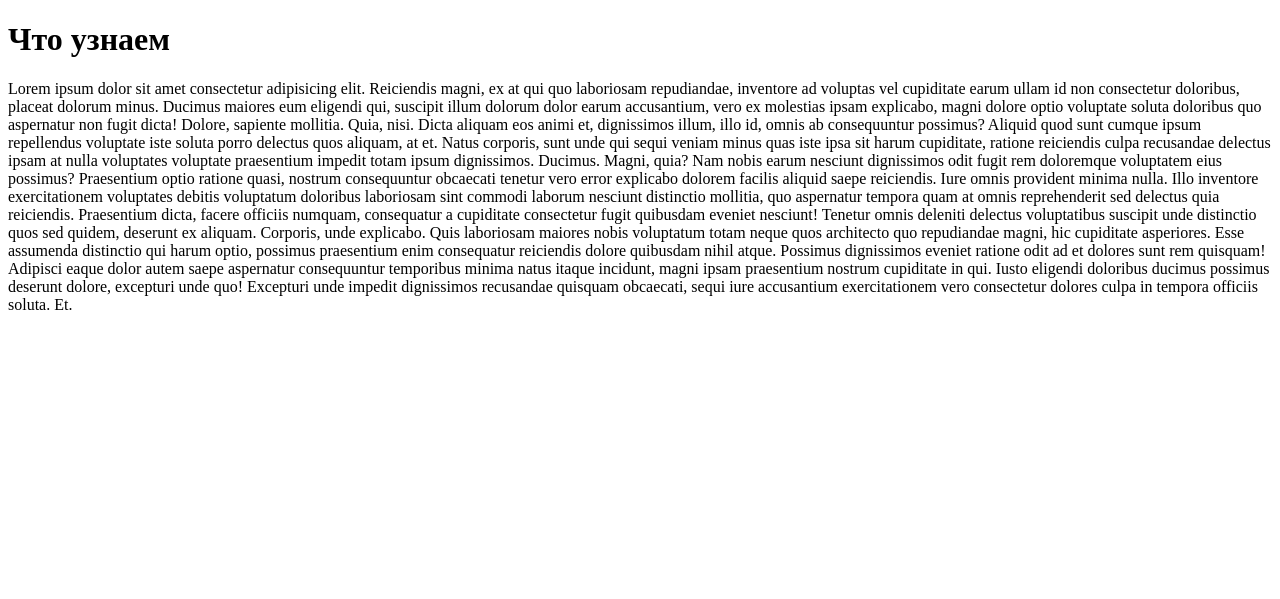
Repository: AytacSafarova/Figma--task
Page: index.html
An editor plug-in stored every save of this project. The page is shown before and after the next save, followed by the edit.
The browser window is 1280 px wide. The pictures show the whole page.

Above is the page before, as saved 2023-08-02 13:36:01.
Console error: ReferenceError: camelcase is not defined

### index.html
<!DOCTYPE html>
<html lang="en">

<head>
    <meta charset="UTF-8">
    <meta name="viewport" content="width=device-width, initial-scale=1.0">
    <title>Document</title>
    <link rel="stylesheet" href="./index.css">
</head>
<body>
<div class="container">
<h1>Что узнаем</h1>
<p>Lorem ipsum dolor sit amet consectetur adipisicing elit. Reiciendis magni, ex at qui quo laboriosam repudiandae, inventore ad voluptas vel cupiditate earum ullam id non consectetur doloribus, placeat dolorum minus.
Ducimus maiores eum eligendi qui, suscipit illum dolorum dolor earum accusantium, vero ex molestias ipsam explicabo, magni dolore optio voluptate soluta doloribus quo aspernatur non fugit dicta! Dolore, sapiente mollitia.
Quia, nisi. Dicta aliquam eos animi et, dignissimos illum, illo id, omnis ab consequuntur possimus? Aliquid quod sunt cumque ipsum repellendus voluptate iste soluta porro delectus quos aliquam, at et.
Natus corporis, sunt unde qui sequi veniam minus quas iste ipsa sit harum cupiditate, ratione reiciendis culpa recusandae delectus ipsam at nulla voluptates voluptate praesentium impedit totam ipsum dignissimos. Ducimus.
Magni, quia? Nam nobis earum nesciunt dignissimos odit fugit rem doloremque voluptatem eius possimus? Praesentium optio ratione quasi, nostrum consequuntur obcaecati tenetur vero error explicabo dolorem facilis aliquid saepe reiciendis.
Iure omnis provident minima nulla. Illo inventore exercitationem voluptates debitis voluptatum doloribus laboriosam sint commodi laborum nesciunt distinctio mollitia, quo aspernatur tempora quam at omnis reprehenderit sed delectus quia reiciendis.
Praesentium dicta, facere officiis numquam, consequatur a cupiditate consectetur fugit quibusdam eveniet nesciunt! Tenetur omnis deleniti delectus voluptatibus suscipit unde distinctio quos sed quidem, deserunt ex aliquam. Corporis, unde explicabo.
Quis laboriosam maiores nobis voluptatum totam neque quos architecto quo repudiandae magni, hic cupiditate asperiores. Esse assumenda distinctio qui harum optio, possimus praesentium enim consequatur reiciendis dolore quibusdam nihil atque.
Possimus dignissimos eveniet ratione odit ad et dolores sunt rem quisquam! Adipisci eaque dolor autem saepe aspernatur consequuntur temporibus minima natus itaque incidunt, magni ipsam praesentium nostrum cupiditate in qui.
Iusto eligendi doloribus ducimus possimus deserunt dolore, excepturi unde quo! Excepturi unde impedit dignissimos recusandae quisquam obcaecati, sequi iure accusantium exercitationem vero consectetur dolores culpa in tempora officiis soluta. Et.</p>
</div>
</body>
<script src="index.js"></script>
</html>

### index.css
/* *{
    margin: 0;
    padding: 0;
    box-sizing: border-box;
} */

### index.js
let a=4
a=a+2
a+=2
let userName
camelcase
// kebab case

After the next save:
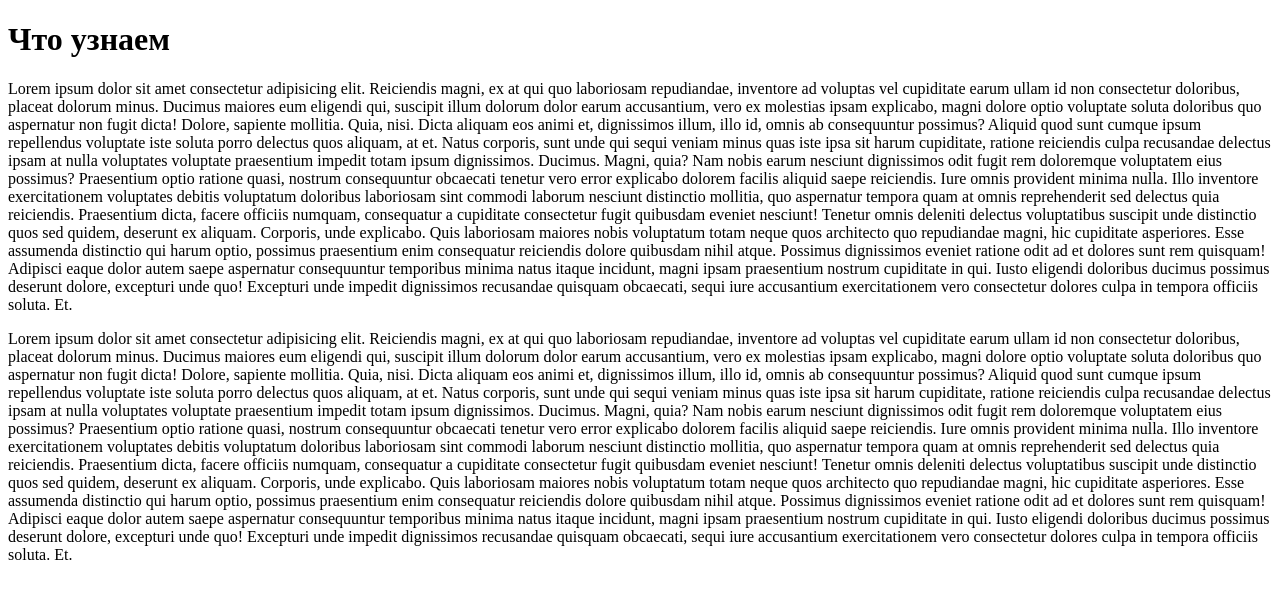
Saved 13 s later.
--- a/index.html
+++ b/index.html
@@ -20,6 +20,16 @@ Praesentium dicta, facere officiis numquam, consequatur a cupiditate consectetur
 Quis laboriosam maiores nobis voluptatum totam neque quos architecto quo repudiandae magni, hic cupiditate asperiores. Esse assumenda distinctio qui harum optio, possimus praesentium enim consequatur reiciendis dolore quibusdam nihil atque.
 Possimus dignissimos eveniet ratione odit ad et dolores sunt rem quisquam! Adipisci eaque dolor autem saepe aspernatur consequuntur temporibus minima natus itaque incidunt, magni ipsam praesentium nostrum cupiditate in qui.
 Iusto eligendi doloribus ducimus possimus deserunt dolore, excepturi unde quo! Excepturi unde impedit dignissimos recusandae quisquam obcaecati, sequi iure accusantium exercitationem vero consectetur dolores culpa in tempora officiis soluta. Et.</p>
+<p>Lorem ipsum dolor sit amet consectetur adipisicing elit. Reiciendis magni, ex at qui quo laboriosam repudiandae, inventore ad voluptas vel cupiditate earum ullam id non consectetur doloribus, placeat dolorum minus.
+    Ducimus maiores eum eligendi qui, suscipit illum dolorum dolor earum accusantium, vero ex molestias ipsam explicabo, magni dolore optio voluptate soluta doloribus quo aspernatur non fugit dicta! Dolore, sapiente mollitia.
+    Quia, nisi. Dicta aliquam eos animi et, dignissimos illum, illo id, omnis ab consequuntur possimus? Aliquid quod sunt cumque ipsum repellendus voluptate iste soluta porro delectus quos aliquam, at et.
+    Natus corporis, sunt unde qui sequi veniam minus quas iste ipsa sit harum cupiditate, ratione reiciendis culpa recusandae delectus ipsam at nulla voluptates voluptate praesentium impedit totam ipsum dignissimos. Ducimus.
+    Magni, quia? Nam nobis earum nesciunt dignissimos odit fugit rem doloremque voluptatem eius possimus? Praesentium optio ratione quasi, nostrum consequuntur obcaecati tenetur vero error explicabo dolorem facilis aliquid saepe reiciendis.
+    Iure omnis provident minima nulla. Illo inventore exercitationem voluptates debitis voluptatum doloribus laboriosam sint commodi laborum nesciunt distinctio mollitia, quo aspernatur tempora quam at omnis reprehenderit sed delectus quia reiciendis.
+    Praesentium dicta, facere officiis numquam, consequatur a cupiditate consectetur fugit quibusdam eveniet nesciunt! Tenetur omnis deleniti delectus voluptatibus suscipit unde distinctio quos sed quidem, deserunt ex aliquam. Corporis, unde explicabo.
+    Quis laboriosam maiores nobis voluptatum totam neque quos architecto quo repudiandae magni, hic cupiditate asperiores. Esse assumenda distinctio qui harum optio, possimus praesentium enim consequatur reiciendis dolore quibusdam nihil atque.
+    Possimus dignissimos eveniet ratione odit ad et dolores sunt rem quisquam! Adipisci eaque dolor autem saepe aspernatur consequuntur temporibus minima natus itaque incidunt, magni ipsam praesentium nostrum cupiditate in qui.
+    Iusto eligendi doloribus ducimus possimus deserunt dolore, excepturi unde quo! Excepturi unde impedit dignissimos recusandae quisquam obcaecati, sequi iure accusantium exercitationem vero consectetur dolores culpa in tempora officiis soluta. Et.</p>
 </div>
 </body>
 <script src="index.js"></script>
